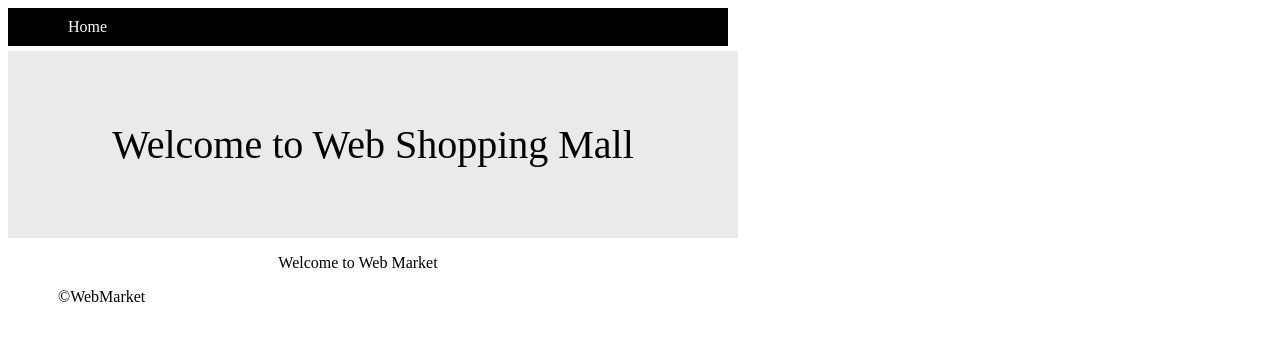
Repository: JuHyeon-S/21-1-Web-Back-end_Programming
Page: http://localhost/week07_20185135/work05_20185135.jsp
An editor plug-in stored every save of this project. The page is shown before and after the next save, followed by the edit.
The browser window is 1280 px wide. The pictures show the whole page.
The page is served by Tomcat 9.

Above is the page before, as saved 2021-04-15 03:30:19.

After the next save:
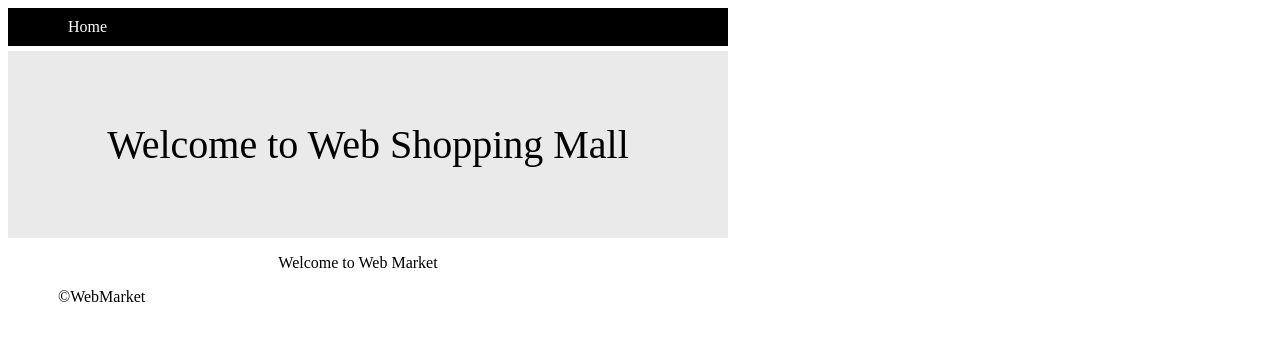
Saved 13 s later.
--- a/week07/week07_20185135/src/main/webapp/work05_20185135_css.css
+++ b/week07/week07_20185135/src/main/webapp/work05_20185135_css.css
@@ -20,7 +20,7 @@ body {
 }
 
 .div1{
-	width: 670px;
+	width: 660px;
 	padding: 30px;
 	background-color: rgb(234,234, 234);
 	font-size: 40px;
